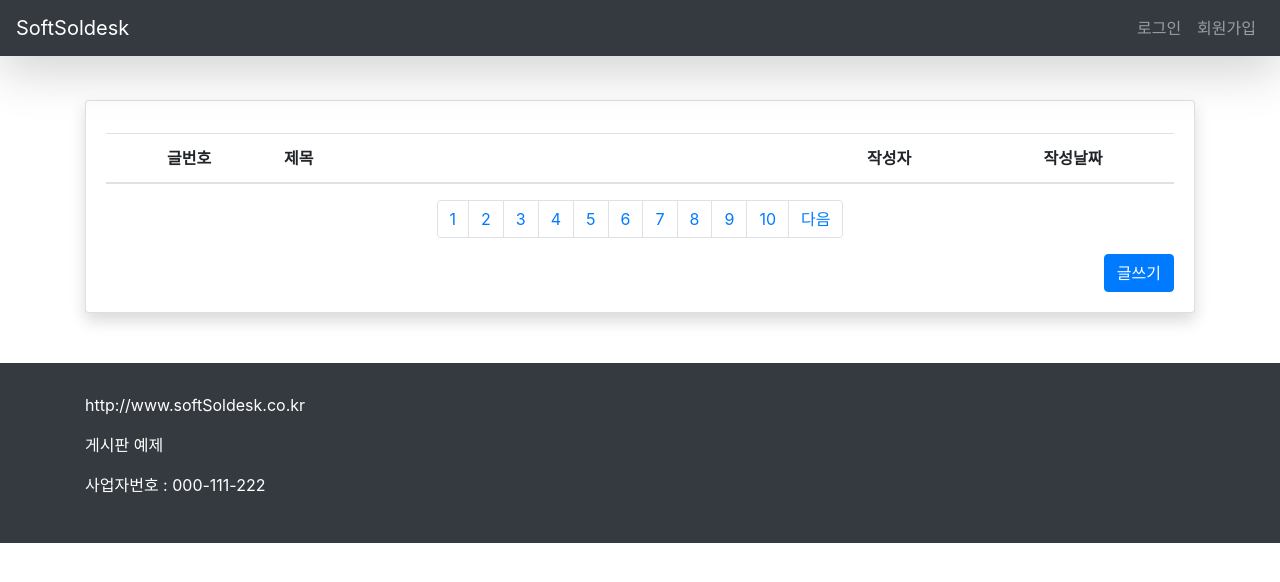
Repository: JunMinki/testGit
Page: http://localhost/BoardProject/WEB-INF/views/board/main.jsp
The author's editor kept a copy of each file at every save. The page is drawn from the files as they stood at one save, then again after the next save.
The browser window is 1280 px wide. The pictures show the whole page.
The page is served by Tomcat 9. Nobody is signed in. The template is opened directly, without the code that normally fills it, so the values that code supplies are empty.

Above is the page before, as saved 2024-08-05 03:47:43.

After the next save:
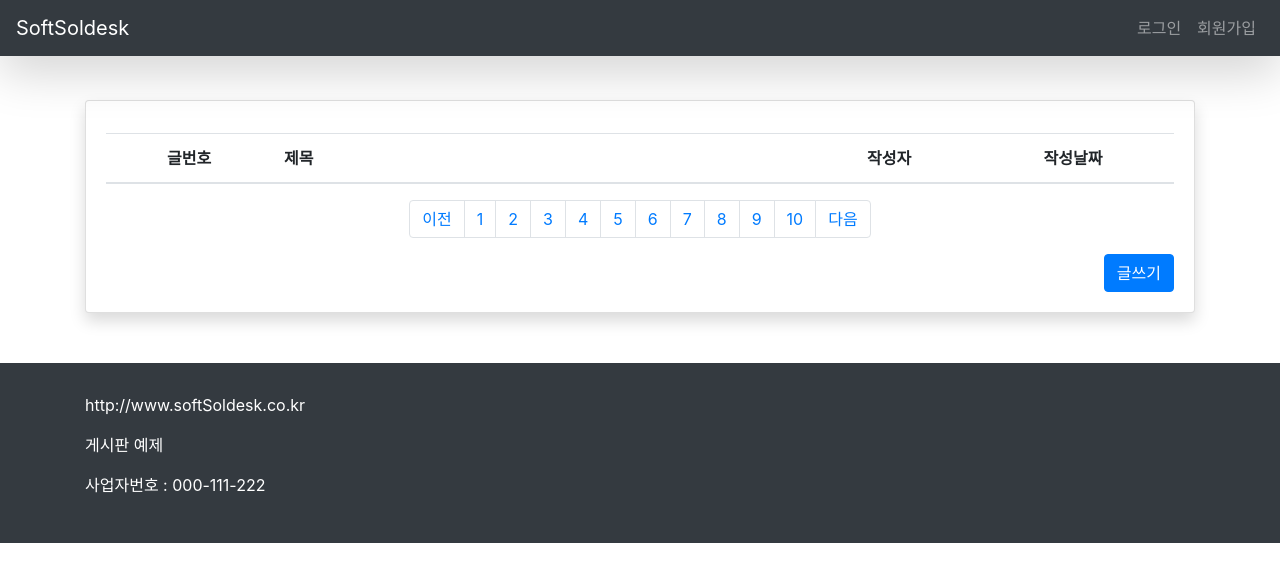
Saved 4 min 16 s later.
--- a/BoardProject/src/main/webapp/WEB-INF/views/board/main.jsp
+++ b/BoardProject/src/main/webapp/WEB-INF/views/board/main.jsp
@@ -54,6 +54,11 @@
 									<a href="#" class="page-link">이전</a>
 								</li>
 							</c:when>
+							<c:otherwise>
+								<li class="page-item">
+									<a href="#" class="page-link">이전</a>
+								</li>
+							</c:otherwise>
 						</c:choose>
 
 
